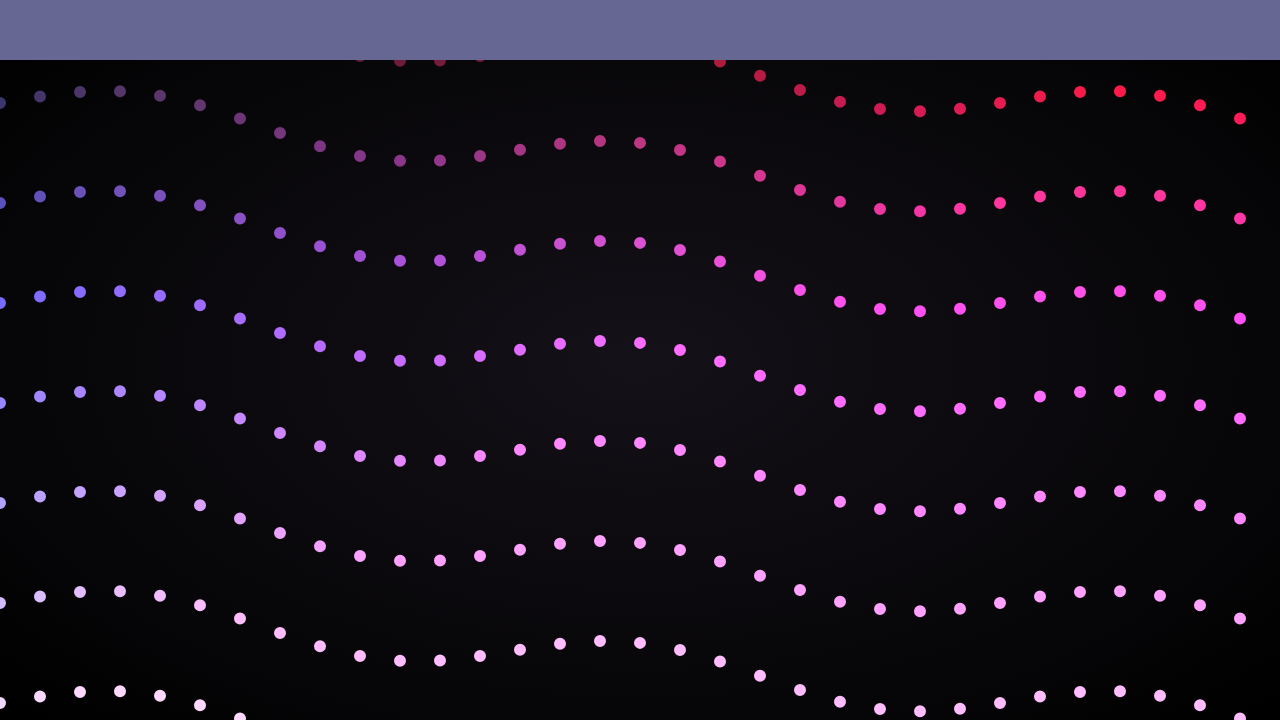
Repository: Iban-del/ProjetBacIban
Page: index.html
These files come from the project's save history. The page is drawn as it stood at one moment and after the next save; the edit follows.
The browser window is 1280 px wide. The pictures show the whole page.

Above is the page before, as saved 2025-02-19 19:54:52.

After the next save:
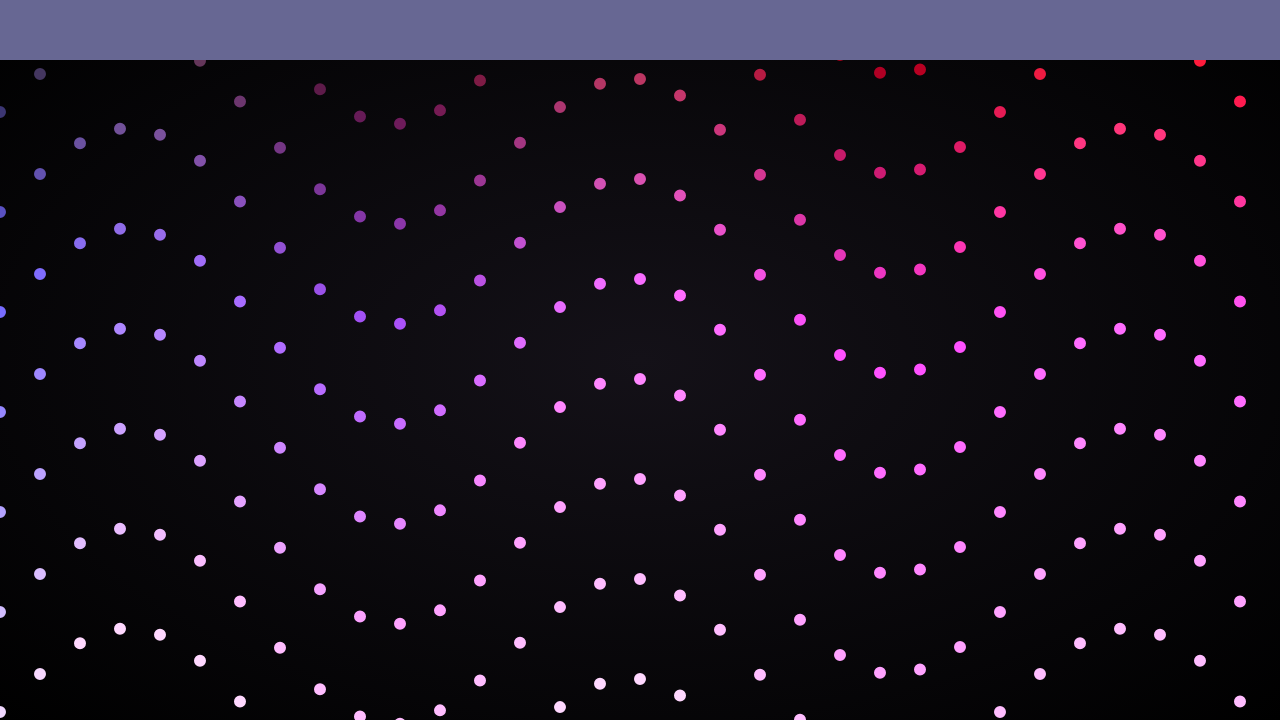
Saved 21 s later.
--- a/js/background.js
+++ b/js/background.js
@@ -87,10 +87,10 @@ function drawVague(ctx,canvas,A,steep){
 
         if(A >150){
 
-            steep =-1;
+            steep =-Math.PI;
 
         }else if(A < 10){
-            steep = 1;
+            steep = Math.PI;
         }
         A+= steep;
         // Demander la prochaine frame
@@ -128,7 +128,7 @@ function init(){
         const ctx = canvas.getContext('2d');
 
         canvasStyle(canvas);
-        animateBackground(ctx,canvas,Math.PI)
+        animateBackground(ctx,canvas,100)
 
     }
 }
